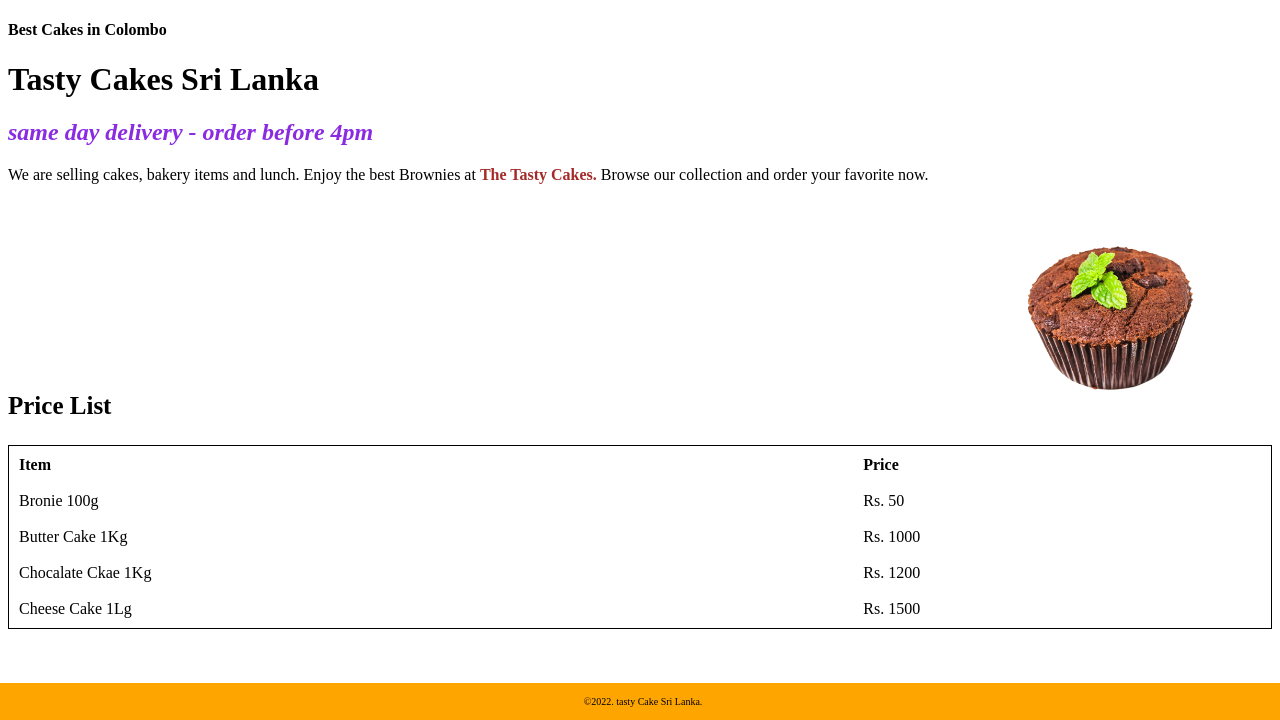
Repository: DhananjayaLakshan/Uom-Web_Design_For_Beginners
Page: work01/index.html
An editor plug-in stored every save of this project. The page is shown before and after the next save, followed by the edit.
The browser window is 1280 px wide. The pictures show the whole page.

Above is the page before, as saved 2023-11-24 18:34:31.

After the next save:
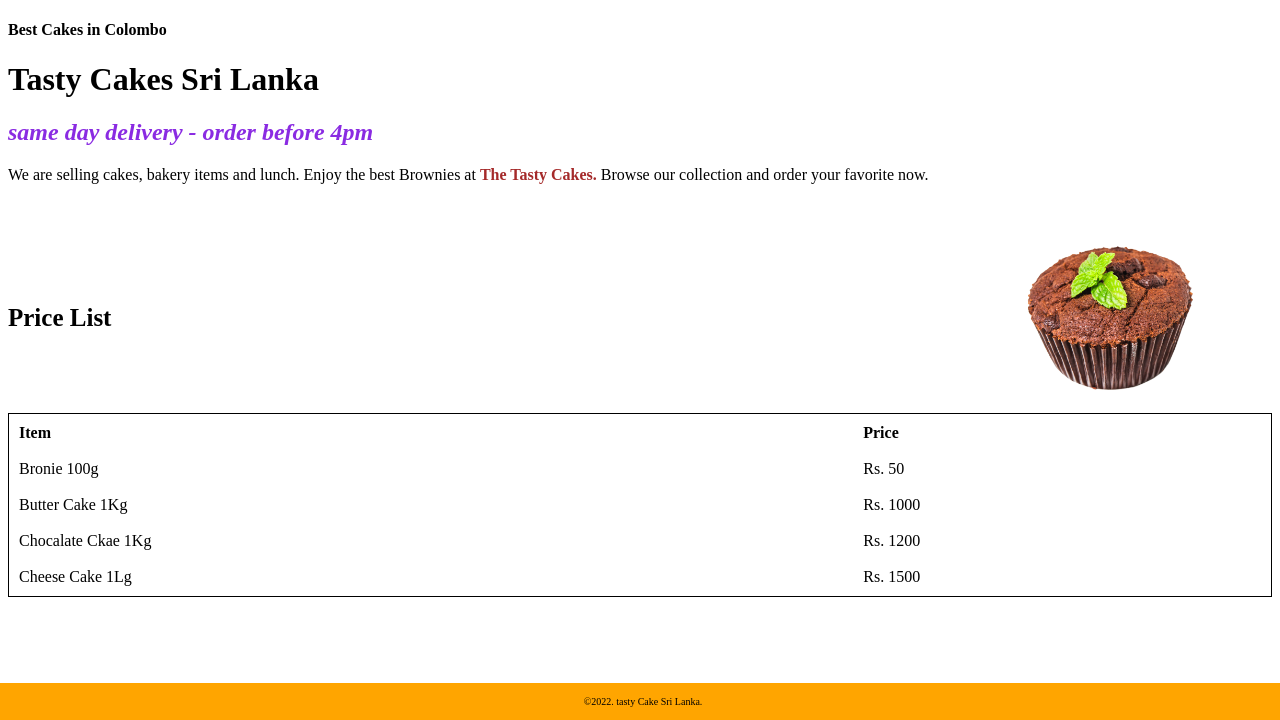
Saved 13 s later.
--- a/work01/index.html
+++ b/work01/index.html
@@ -12,7 +12,7 @@
     <p>We are selling cakes, bakery items and lunch. Enjoy the best Brownies at <strong style="color: brown;"> The Tasty Cakes.</strong>
         Browse our collection and order your favorite now.</p>
 
-    <img src="image-01.png" width="320px" alt="cake picture"><br><br><br><br>
+    <img src="image-01.png" width="320px" alt="cake picture">
 
 
     <table>
